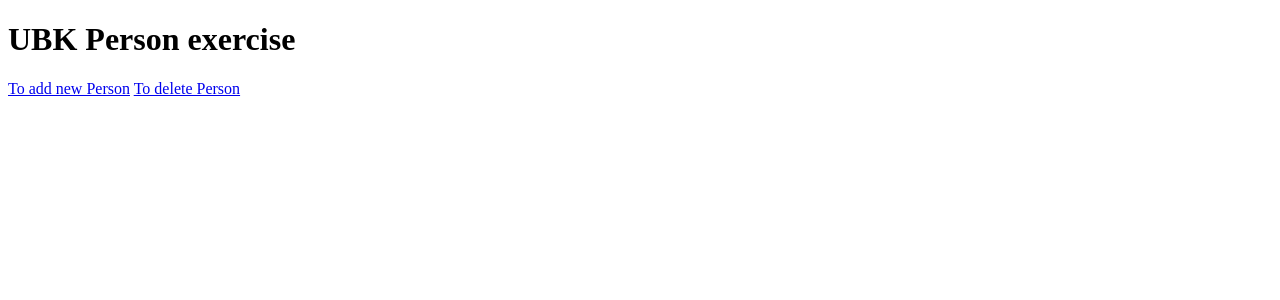
Repository: PanHrnecPapinak/EJB
Page: http://localhost/Web/WebMain.jsp
These files come from the project's save history. The page is drawn as it stood at one moment and after the next save; the edit follows.
The browser window is 1280 px wide. The pictures show the whole page.
The page is served by Tomcat 9.

Above is the page before, as saved 2023-04-17 09:34:59.

After the next save:
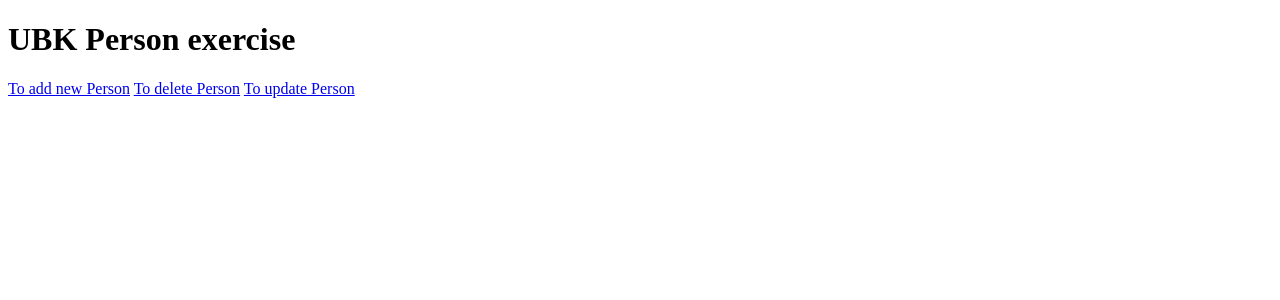
Saved 2 min 40 s later.
--- a/EJB UBK Ukol/Web/src/main/webapp/WebMain.jsp
+++ b/EJB UBK Ukol/Web/src/main/webapp/WebMain.jsp
@@ -10,6 +10,7 @@
 	<h1>UBK Person exercise</h1>
 	<a href="http://localhost:8080/Web/WebCreatePerson.jsp">To add new Person</a>
 	<a href="http://localhost:8080/Web/WebDeletePerson.jsp">To delete Person</a>
+	<a href="http://localhost:8080/Web/WebDeletePerson.jsp">To update Person</a>
 
 </body>
 </html>
